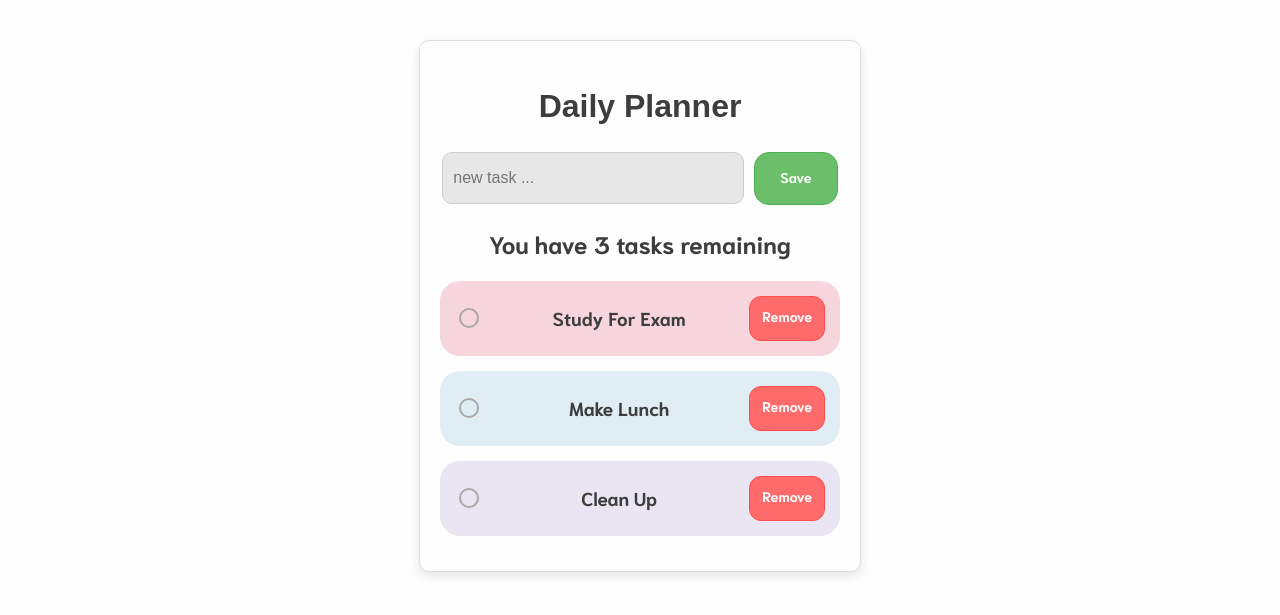
Repository: Zalida-Khan/Frontend-Lab4
Page: /
An editor plug-in stored every save of this project. The page is shown before and after the next save, followed by the edit.
The browser window is 1280 px wide. The pictures show the whole page.
Some web fonts or font styles are not loaded; a fallback is used. The project was rebuilt for these pictures with package versions that can differ from the ones it lists, and the page was loaded fresh each time. Also part of the build but not shown: vite.config.js.

Above is the page before, as saved 2024-10-22 22:18:50.

After the next save:
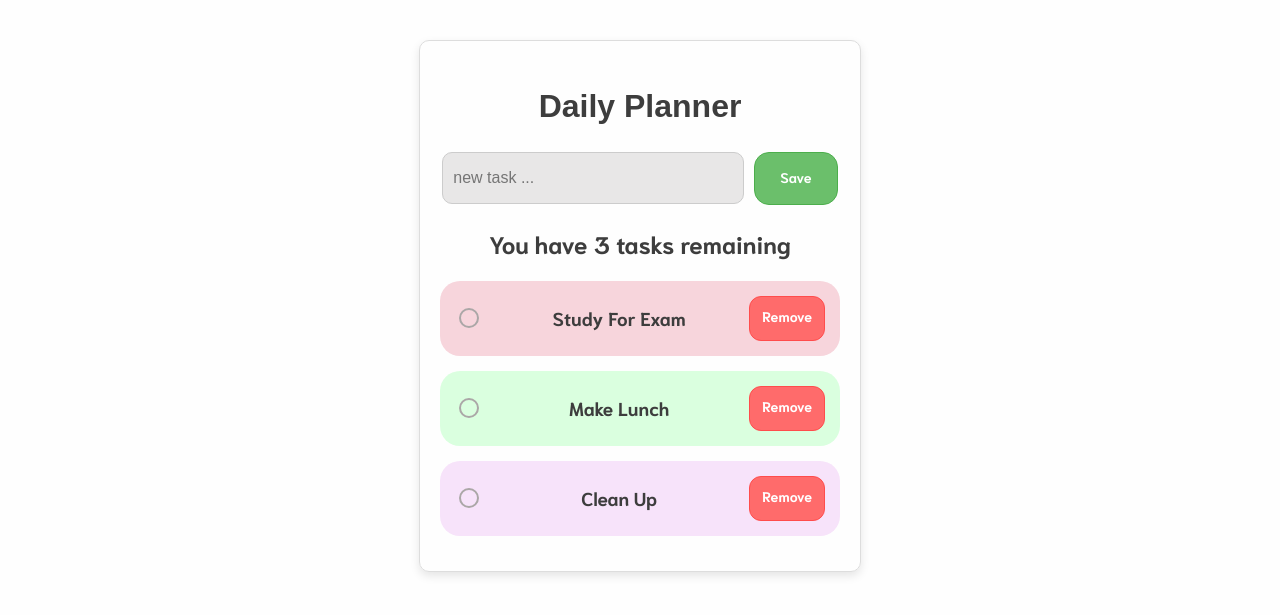
Saved 12 s later.
--- a/src/App.css
+++ b/src/App.css
@@ -55,25 +55,24 @@ h1 {
   background-color: #f7d5dc;
 }
 
-
 .task:nth-child(6n+2) {
-  background-color: #e0edf4;
+  background-color: #daffdf;
 }
 
 .task:nth-child(6n+3) {
-  background-color: #e9e5f3;
+  background-color: #f7e3fa;
 }
 
 .task:nth-child(6n+4) {
-  background-color: #fbfbef;
+  background-color: #ffe5db;
 }
 
 .task:nth-child(6n+5) {
-  background-color: #f0f8e6;
+  background-color: #fafcd4;
 }
 
 .task:nth-child(6n) {
-  background-color: #feeef5;
+  background-color: #dde0fa;
 }
 
 .task h3 {
